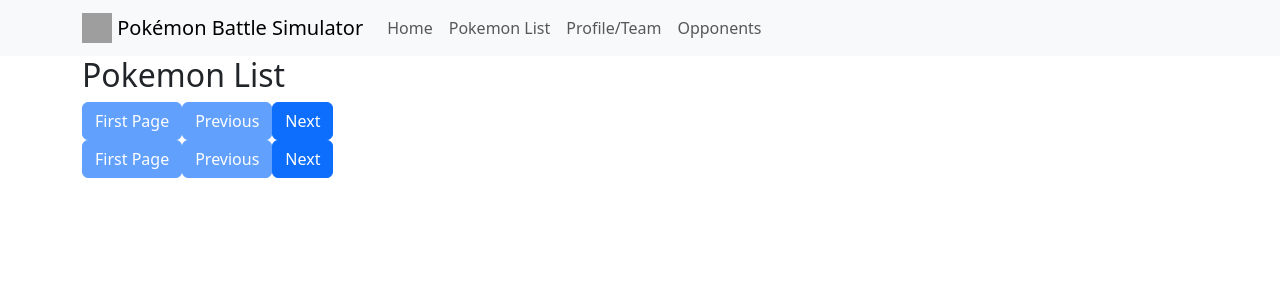
Repository: chsbca/Pokemon-Battle-Simulator
Page: /pokemon_list/ (app in front-end/)
The author's editor kept a copy of each file at every save. The page is drawn from the files as they stood at one save, then again after the next save.
The browser window is 1280 px wide. The pictures show the whole page.
Pictures or frames that could not be fetched are drawn as grey boxes. The page's requests for data from a server got no answer. The project was rebuilt for these pictures with package versions that can differ from the ones it lists, and the page was loaded fresh each time. No one was signed in, and anything a server would have sent is missing. Also part of the build but not shown: front-end/vite.config.js, front-end/src/pages/Error404Page.jsx, front-end/src/pages/HomePage.jsx, front-end/src/pages/ProfilePage.jsx, front-end/src/pages/OpponentsPage.jsx.

Above is the page before, as saved 2024-04-10 11:28:41.

After the next save:
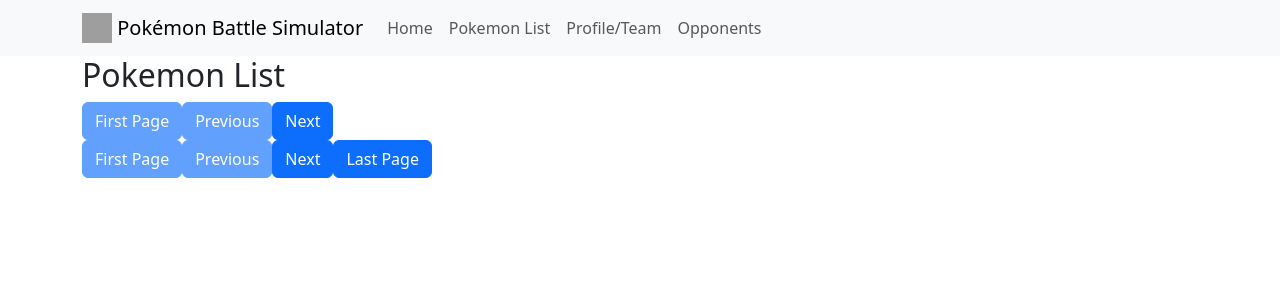
Saved 24 s later.
--- a/front-end/src/pages/PokemonListPage.jsx
+++ b/front-end/src/pages/PokemonListPage.jsx
@@ -122,7 +122,7 @@
                 <button onClick={handleFirstPage} disabled={offset === 0} className="btn btn-primary">First Page</button>
                 <button onClick={handlePrevious} disabled={offset === 0} className="btn btn-primary">Previous</button>
                 <button onClick={handleNext} className="btn btn-primary">Next</button>
-
+                <button onClick={handleLastPage} disabled={offset >= lastPageOffset} className="btn btn-primary">Last Page</button>
             </div>
         </div>
     );
